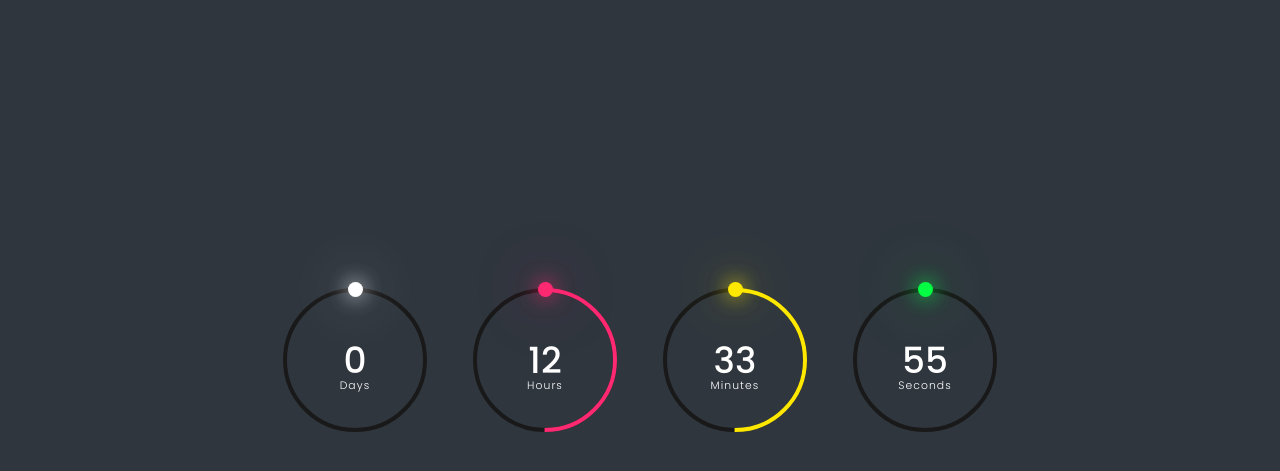
Repository: northpx/happyNY
Page: index.html
An editor plug-in stored every save of this project. The page is shown before and after a run of saves, followed by the edit.
The browser window is 1280 px wide. The pictures show the whole page.

Above is the page before, as saved 2022-12-31 11:38:25.

After the next 3 saves:
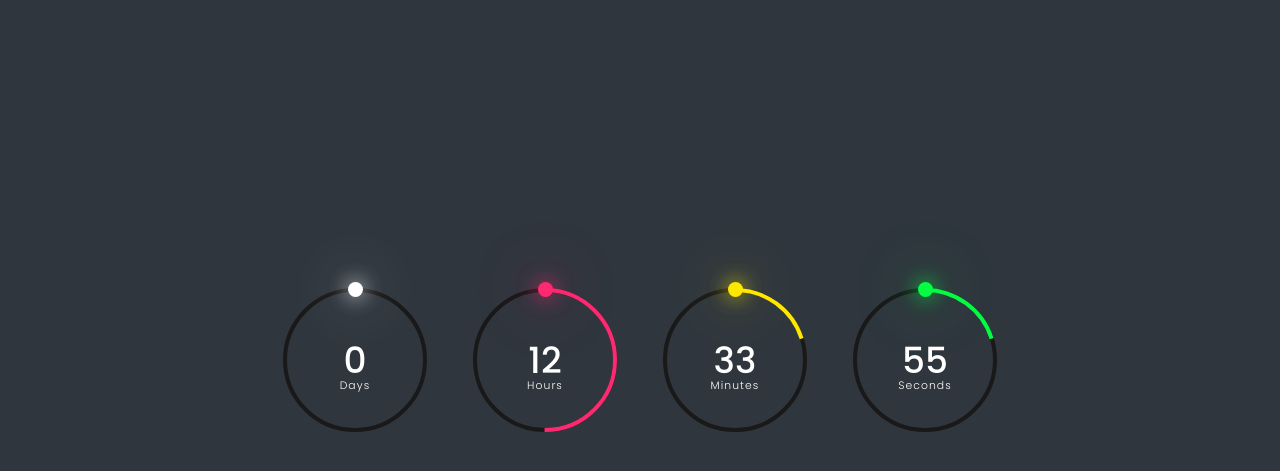
The 3 saves are shown as one change because they came seconds apart.
The last was saved 10 s later.
--- a/index.html
+++ b/index.html
@@ -79,8 +79,8 @@
 
             dd.style.strokeDashoffset = 440 - (440 * d) / 365
             hh.style.strokeDashoffset = 440 - (440 * h) / 24
-            mm.style.strokeDashoffset = 440 - (440 * h) / 24
-            hh.style.strokeDashoffset = 440 - (440 * h) / 24
+            mm.style.strokeDashoffset = 440 - (440 * h) / 60
+            ss.style.strokeDashoffset = 440 - (440 * h) / 60
         })
     </script>
 </body>
